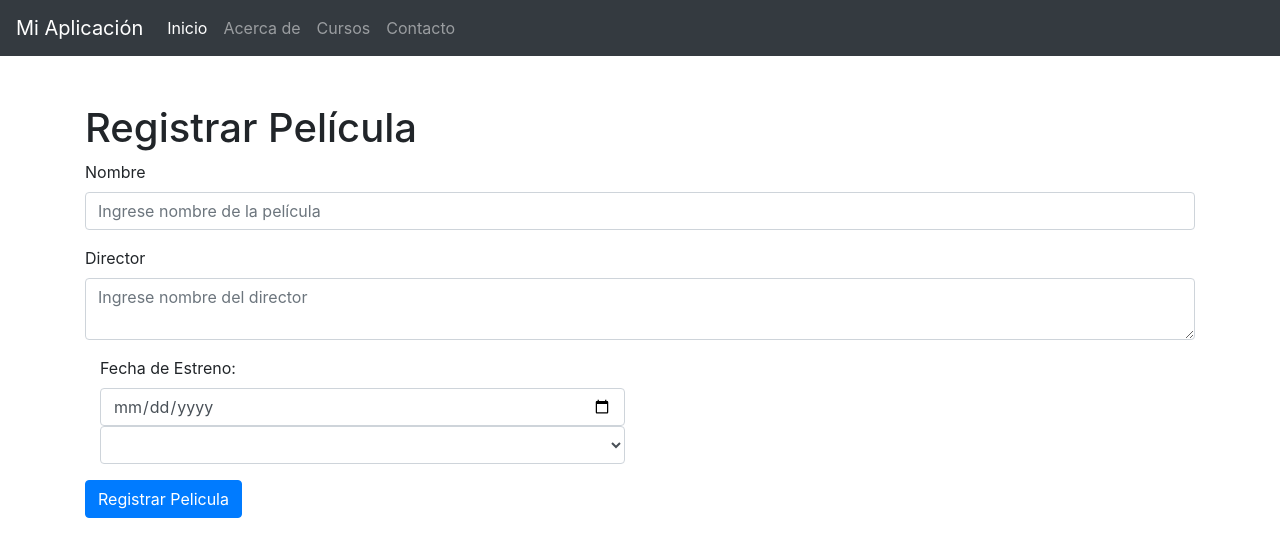
Repository: jfchirinos/EvaluacionLaboratorioT2
Page: http://localhost/peliculaRegister
An editor plug-in stored every save of this project. The page is shown before and after the next save, followed by the edit.
The browser window is 1280 px wide. The pictures show the whole page.
Some web libraries are served in a nearby version. The page is this project's Thymeleaf template; nobody is signed in. The template is opened directly, without the code that normally fills it, so the values that code supplies are empty.

Above is the page before, as saved 2024-02-23 15:27:41.

After the next save:
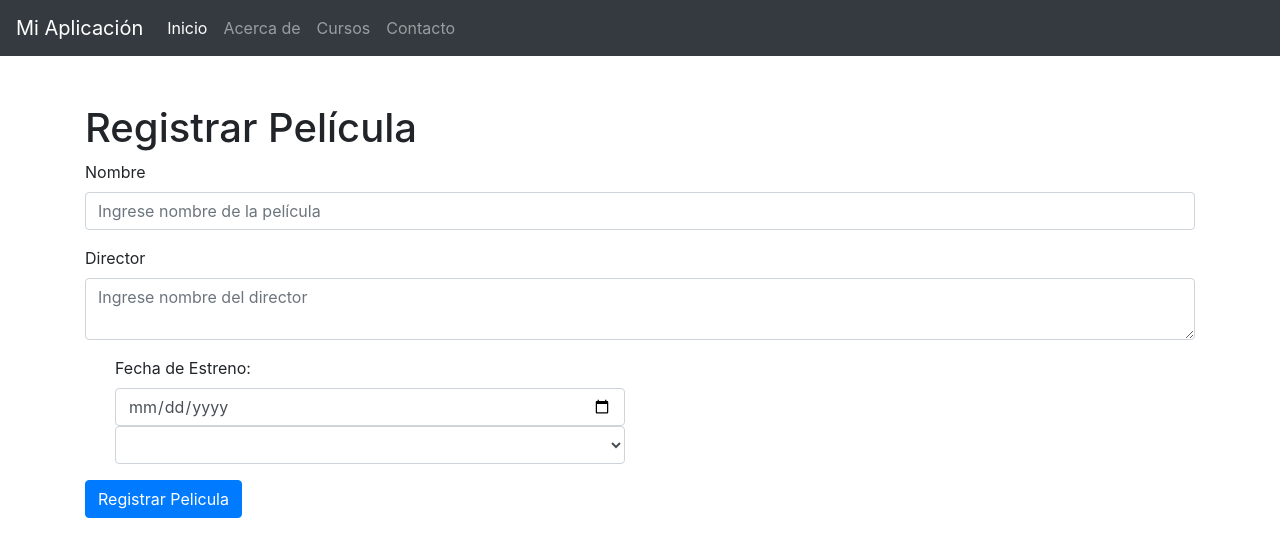
Saved 31 s later.
--- a/evaluacion-laboratorio-t2/src/main/resources/templates/peliculaRegister.html
+++ b/evaluacion-laboratorio-t2/src/main/resources/templates/peliculaRegister.html
@@ -42,7 +42,7 @@
                 <label for="director">Director</label>
                 <textarea class="form-control" id="director" name="director" placeholder="Ingrese nombre del director"></textarea>
             </div>
-            <div class="form-group">
+            <div class="form-group col-md-12">
 				<div class="col-md-6">
 	             	<label for="fechaestreno">Fecha de Estreno:</label>
 	    			<input type="date" class="form-control"  id="fechaestreno" name="fechaestreno">
